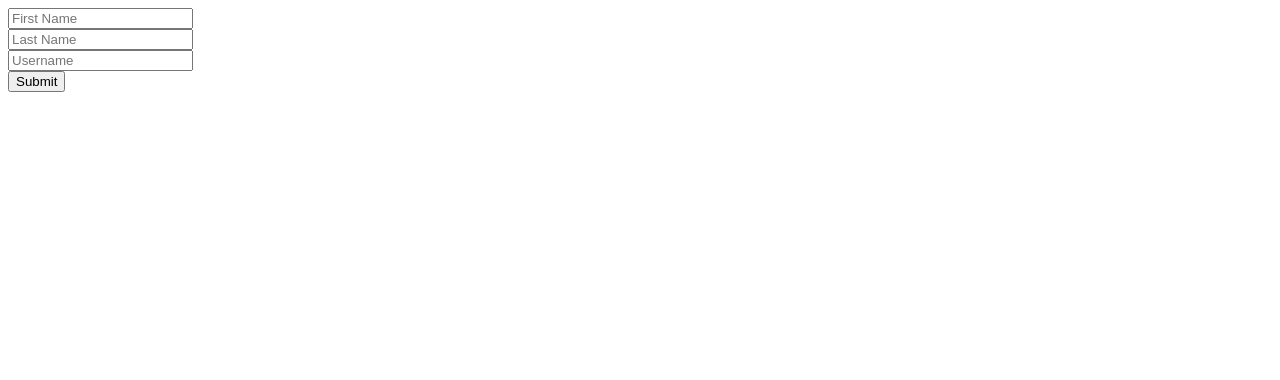
Repository: Muhairiz/Web
Page: http://localhost/E-Libraries/Index.jsp
The author's editor kept a copy of each file at every save. The page is drawn from the files as they stood at one save, then again after the next save.
The browser window is 1280 px wide. The pictures show the whole page.
The page is served by Tomcat 9.

Above is the page before, as saved 2020-08-06 10:29:40.

After the next save:
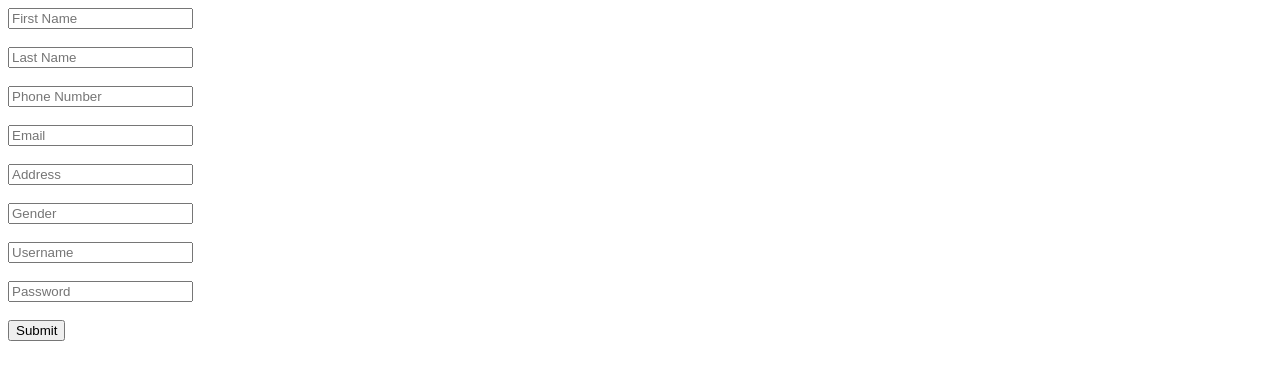
Saved 6 min 4 s later.
--- a/E-Libraries/WebContent/Index.jsp
+++ b/E-Libraries/WebContent/Index.jsp
@@ -8,9 +8,14 @@
 </head>
 <body>
 <form action="#" method="post">
-	<input type="text" name="fname"  placeholder="First Name"><br>
-	<input type="text" name="lname"  placeholder="Last Name"><br>
-	<input type="text" name="uname" placeholder="Username"><br>
+	<input type="text" name="fname"  placeholder="First Name"><br><br>
+	<input type="text" name="lname"  placeholder="Last Name"><br><br>
+	<input type="text" name="phone" placeholder="Phone Number"><br><br>
+	<input type="text" name="email" placeholder="Email"><br><br>
+	<input type="text" name="add" placeholder="Address"><br><br>
+	<input type="text" name="gender" placeholder="Gender"><br><br>
+	<input type="text" name="user" placeholder="Username"><br><br>
+	<input type="password" name="pass" placeholder="Password"><br><br>
 	<input type="submit" name="btnsub">
 	</form>
 </body>
